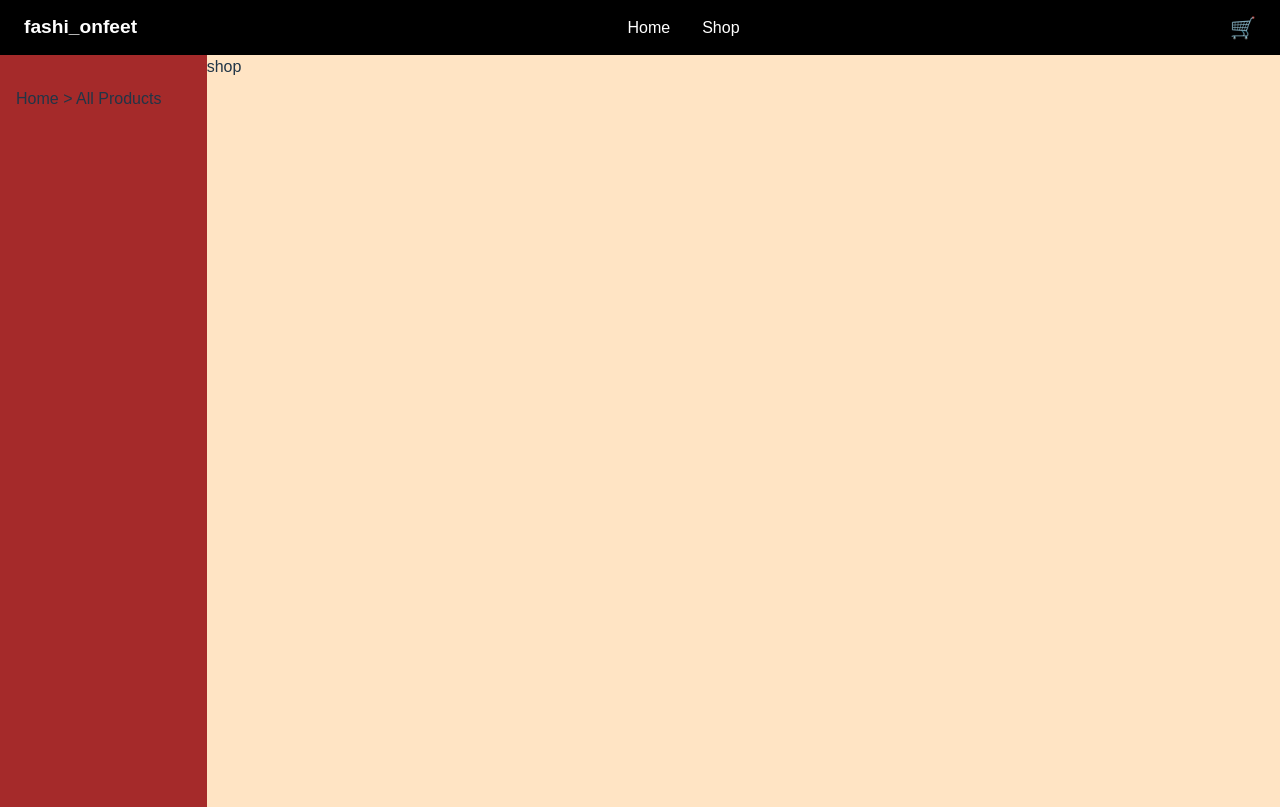
Repository: EphrahimLaanyu123/fashi_onfeet
Page: /shop
The author's editor kept a copy of each file at every save. The page is drawn from the files as they stood at one save, then again after a run of saves.
The browser window is 1280 px wide. The pictures show the whole page.
The project was rebuilt for these pictures with package versions that can differ from the ones it lists, and the page was loaded fresh each time. Also part of the build but not shown: vite.config.js, src/Home/Home.jsx, src/Home/components/Products.css, src/Home/components/Products.jsx, src/Shop/components/supabaseClient.js, src/Shop/components/AddForm.css, src/Shop/components/AddProductForm.jsx.

Above is the page before, as saved 2025-04-18 20:43:38.

### src/App.jsx
// src/App.js
import React from 'react';
import { BrowserRouter as Router, Routes, Route } from 'react-router-dom';
import './App.css';

import Home from './Home/Home';
import Products from './Home/components/Products';
import Shop from './Shop/Shop';
import AddForm from './Shop/components/AddProductForm';

function App() {
  return (
    <Router>
      <div className="App">
        <Routes>
          <Route path="/" element={<Home />} />
          <Route path="/shop" element={<Shop />} />
          <Route path="/add" element={<AddForm />} />
          {/* 404 fallback */}
        </Routes>
      </div>
    </Router>
  );
}

export default App;

### src/App.css
/* index.css or main.css */
body, html {
    margin: 0;
    padding: 0;
  }

### src/Shop/Shop.jsx
import React from 'react'
import "./Shop.css"
import Navbar from '../Navbar'

const Shop = () => {
  return (
    <div className='shop_page'>
      <Navbar></Navbar>
      <div className="shop-container">
        <aside className='sidebar'>
          <p>Home > All Products</p>
          <section className="Browse_by">
            <h1></h1>
          </section>
        </aside>
        <section className='products-page'>
          shop
        </section>
        </div>
    </div>
  )
}

export default Shop

### src/Home/Home.css

  body, html {
    font-family: sans-serif;
    overflow-x: hidden;
    margin: 0;
    padding: 0;
  }
.main {
    background-color: black;
    width: 100vw;
    display: flex;
    flex-direction: column;
    padding: 6rem;
    justify-content: center;
    overflow-x: hidden;
  }

  .parallax-container {
    display: flex;
    height: 100vh;
    position: relative;
  }

  .parallax-half {
    flex: 1;
    overflow: hidden;
    position: relative;
  }

  /* Left side zoom image container */
  .zoom-wrapper {
    height: 100%;
    width: 100%;
    background-image: url('https://static.wixstatic.com/media/bc439c_81f0e108fef742289cca2a608af8d3c1~mv2.jpg');
    background-attachment: fixed;
    background-position: center;
    background-repeat: no-repeat;
    background-size: cover;
    transform: scale(1.2);
    transition: transform 0.3s ease-out;
    will-change: transform;
  }

  /* Right side static image, shows full image */
  .parallax2 {
    background-image: url('https://static.wixstatic.com/media/bc439c_01f9dcb9288c449084b2625be71b7a54~mv2.jpg');
    background-attachment: fixed;
    background-position: center;
    background-repeat: no-repeat;
    background-size: contain;
    background-color: black;
  }

  .content {
    height: 100vh;
    background-color: #f0f0f0;
    display: flex;
    align-items: center;
    justify-content: center;
    font-size: 2rem;
  }

### src/Shop/Shop.css
/* index.css or main.css */
body, html {
    margin: 0;
    padding: 0;
  }

.shop_page {
    width: 100vw;
}

.shop-container {
    display: flex;

}

.sidebar {
    width: 14%;
    min-height: 100vh;
    background-color: brown;
    padding: 1rem;
}

.products-page {
    width: 86%;
    background-color: bisque;
}

### src/Navbar.jsx
import React from 'react'
import './Navbar.css'

const Navbar = () => {
  return (
    <nav className="navbar">
      <div className="navbar-left">fashi_<span>onfeet</span></div>

      <div className="navbar-center">
        <a href="/" className="nav-link">Home</a>
        <a href="/shop" className="nav-link">Shop</a>
      </div>

      <div className="navbar-right">
        <a href="/cart" className="cart-icon">🛒</a>
      </div>
    </nav>
  )
}

export default Navbar

### src/Navbar.css
.navbar {
    display: flex;
    justify-content: space-between;
    align-items: center;
    background-color: #000;
    color: white;
    padding: 0.75rem 1.5rem;
    font-family: sans-serif;
  }

  .navbar-left {
    font-weight: bold;
    font-size: 1.2rem;
  }

  .navbar-left span {
    color: #fff;
  }

  .navbar-center {
    display: flex;
    gap: 2rem;
  }

  .nav-link {
    color: white;
    text-decoration: none;
    font-size: 1rem;
  }

  .nav-link:hover {
    text-decoration: underline;
  }

  .navbar-right .cart-icon {
    font-size: 1.3rem;
    text-decoration: none;
    color: white;
  }

  .cart-icon:hover {
    opacity: 0.8;
  }

Loaded but not shown: index.html (common file); src/main.jsx (common file); src/index.css (common file)

After the next 2 saves:
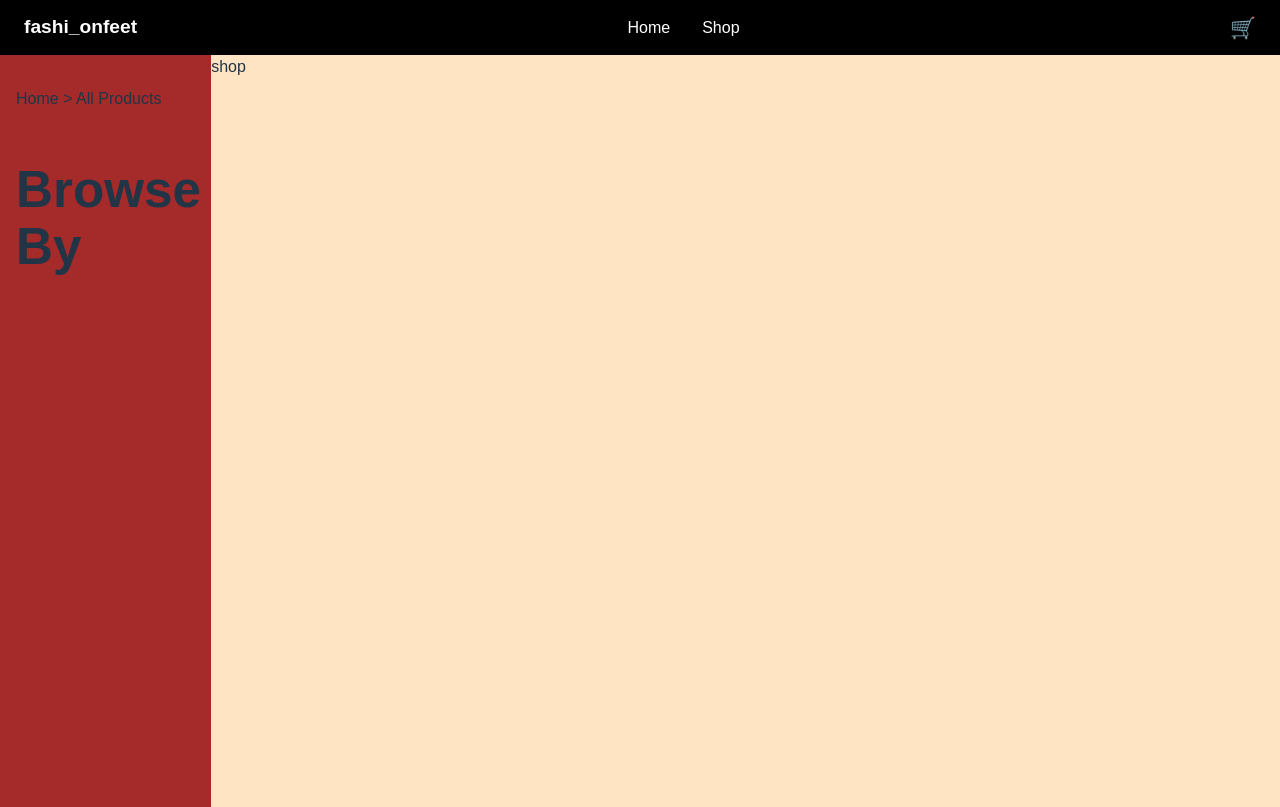
The 2 saves are shown as one change because they came seconds apart.
The last was saved 11 s later.
--- a/src/Shop/Shop.jsx
+++ b/src/Shop/Shop.jsx
@@ -10,7 +10,7 @@ const Shop = () => {
         <aside className='sidebar'>
           <p>Home > All Products</p>
           <section className="Browse_by">
-            <h1></h1>
+            <h1>Browse By</h1>
           </section>
         </aside>
         <section className='products-page'>
